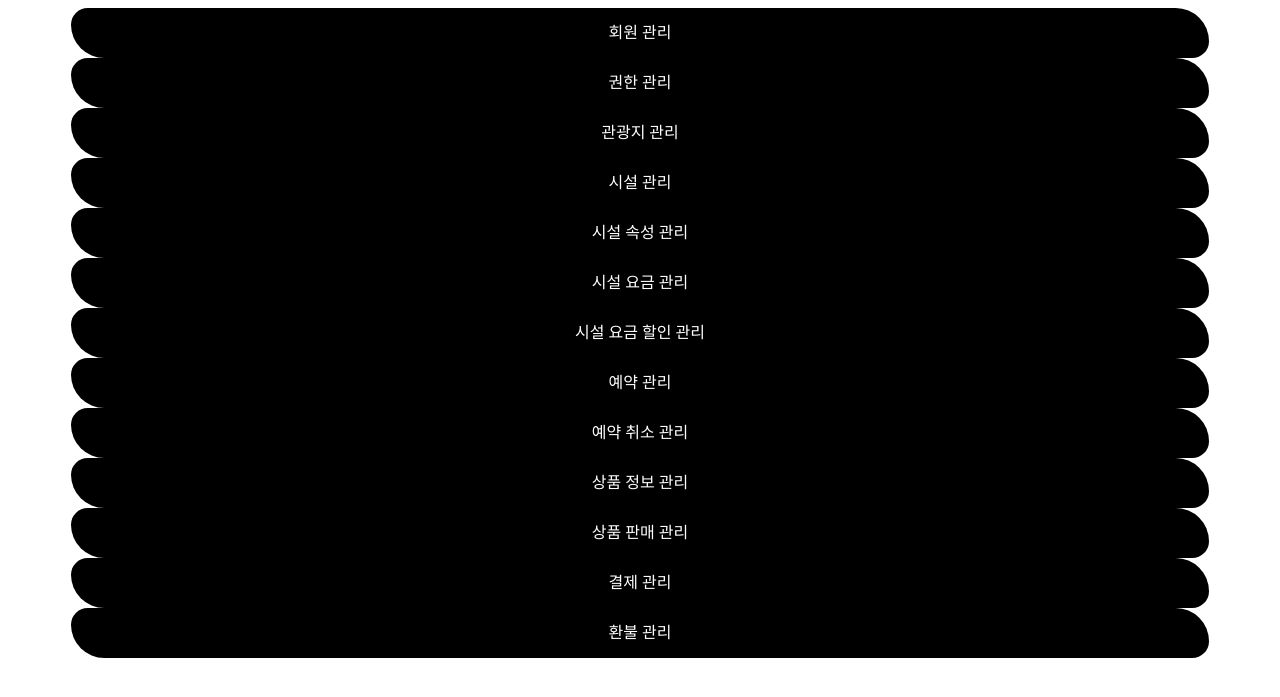
Repository: psyoongsc/SogongDo_Facility
Page: http://localhost/SogongDo_Management_System/
The author's editor kept a copy of each file at every save. The page is drawn from the files as they stood at one save, then again after the next save.
The browser window is 1280 px wide. The pictures show the whole page.
The page is served by Tomcat 9. Nobody is signed in. The application's start-up code is not run.

Above is the page before, as saved 2020-06-25 14:38:13.

After the next save:
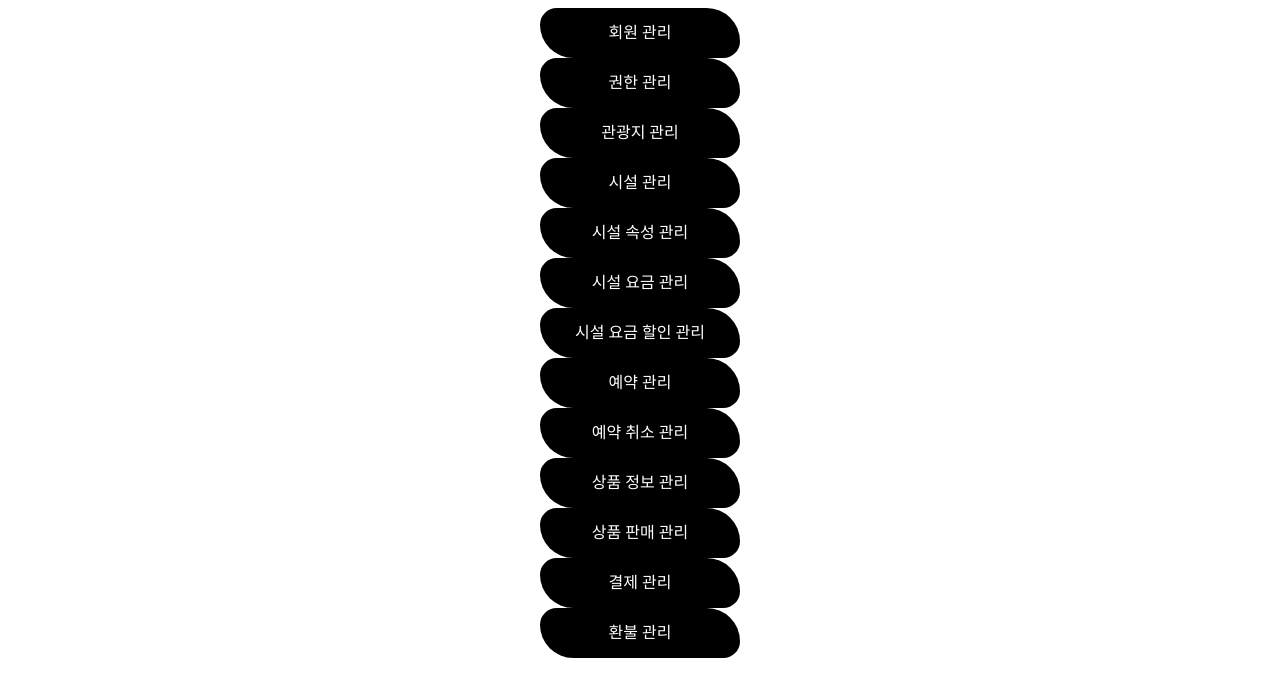
Saved 25 s later.
--- a/SogongDo_Management_System/WebContent/index.jsp
+++ b/SogongDo_Management_System/WebContent/index.jsp
@@ -10,7 +10,7 @@ a {
 	text-decoration: none;
 	text-align: center;
 	background-color: black;
-	width: 90%;
+	width: 200px;
 	line-height: 50px;
 	font-size: medium;
 	display: inline-block;
